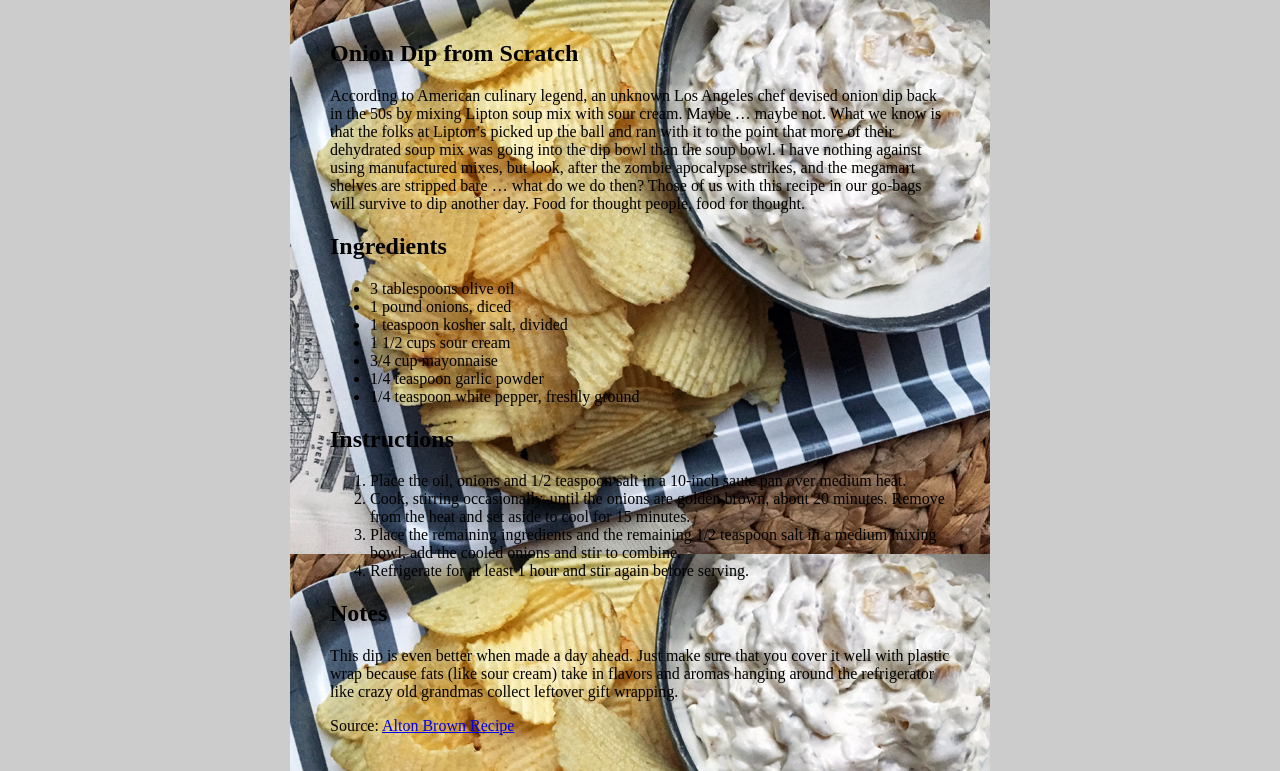
Repository: coltoncherry/mi349fs15
Page: week3/index.html
These files come from the project's save history. The page is drawn as it stood at one moment and after the next save; the edit follows.
The browser window is 1280 px wide. The pictures show the whole page.

Above is the page before, as saved 2015-09-23 01:13:45.

### week3/index.html
<!DOCTYPE HTML>
<html>
    <head>
        <meta charset="UTF-8">
        <title>French Onion Dip</title>
        <link rel="stylesheet" type="text/css" href="css/style.css" media="screen"/>
    </head>
    <body>
    	<div class="container">
    	<article class="recipe" id="ab-onion-dip">
        <h1>Onion Dip from Scratch</h1>

        <!--<p><img src="images/alton-brown-onion-dip.jpg" alt="AB Onion Dip"/></p> -->

        <p>According to American culinary legend, an unknown Los Angeles chef devised onion dip back in the 50s by mixing Lipton soup mix with sour cream.  Maybe … maybe not. What we know is that the folks at Lipton’s picked up the ball and ran with it to the point that more of their dehydrated soup mix was going into the dip bowl than the soup bowl.  I have nothing against using manufactured mixes, but look, after the zombie apocalypse strikes, and the megamart shelves are stripped bare … what do we do then?  Those of us with this recipe in our go-bags will survive to dip another day.  Food for thought people, food for thought.</p>

    <h2>Ingredients</h2>
    <ul>
    	<li>3 tablespoons olive oil</li>
    	<li>1 pound onions, diced</li>
    	<li>1 teaspoon kosher salt, divided</li>
    	<li>1 1/2 cups sour cream</li>
    	<li>3/4 cup mayonnaise</li>
		<li>1/4 teaspoon garlic powder</li>
		<li>1/4 teaspoon white pepper, freshly ground</li>
	</ul>


	<h2>Instructions</h2>

	<ol>
		<li>Place the oil, onions and 1/2 teaspoon salt in a 10-inch saute pan over medium heat.</li>
		<li>Cook, stirring occasionally, until the onions are golden brown, about 20 minutes. Remove from the heat and set aside to cool for 15 minutes.</li>
		<li>Place the remaining ingredients and the remaining 1/2 teaspoon salt in a medium mixing bowl, add the cooled onions and stir to combine.</li>
		<li>Refrigerate for at least 1 hour and stir again before serving.</li>
	</ol>

	<h2>Notes</h2>

	<p>This dip is even better when made a day ahead. Just make sure that you cover it well with plastic wrap because fats (like sour cream) take in flavors and aromas hanging around the refrigerator like crazy old grandmas collect leftover gift wrapping.</p>

	<p>Source: <a href="http://altonbrown.com/onion-dip-recipe-from-scratch/">Alton Brown Recipe</a></p>
    	</article>
    	</div>
        </body>
</html>

### week3/css/style.css
body {
	background: #ccc;
	margin: 0;
}

.container{
	margin: 0 auto;
	width: 700px;
	background: #fff url(images/alton-brown-onion-dip.jpg);
}


.recipe{
	padding: 20px 40px;
}

After the next save:
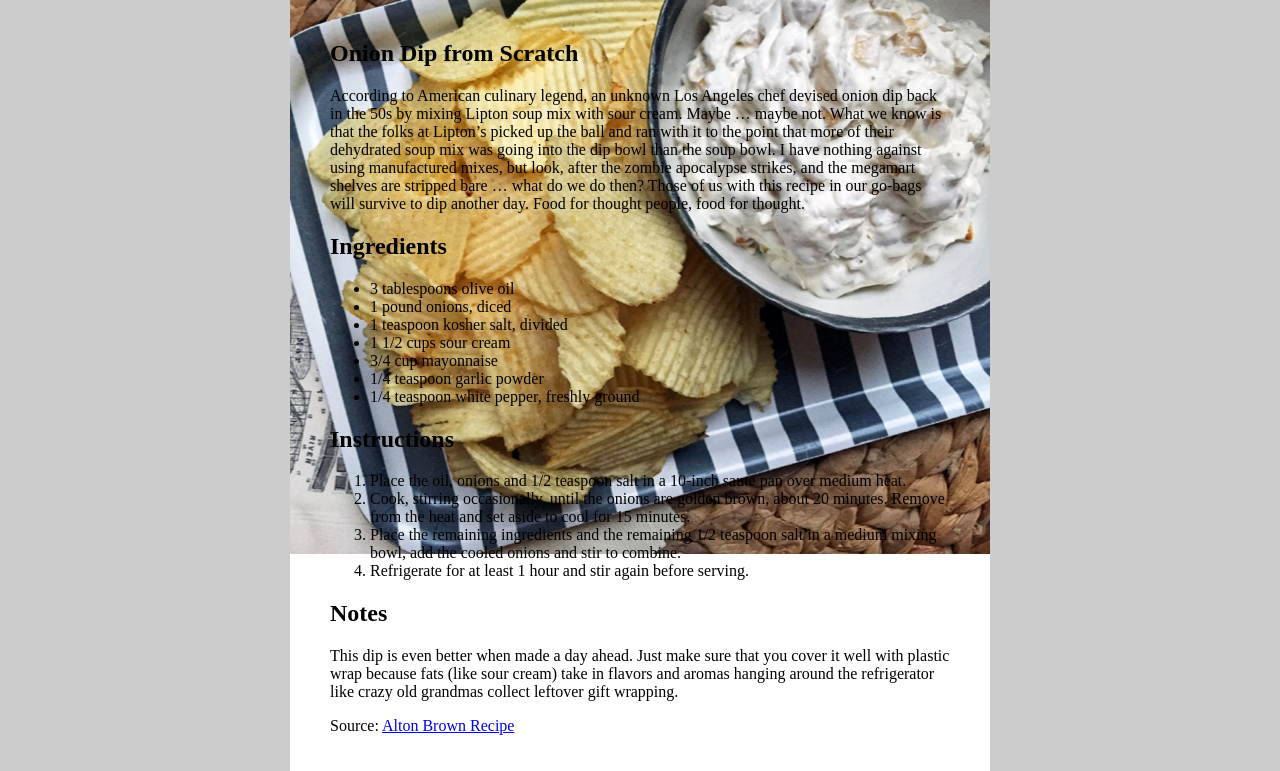
Saved 28 s later.
--- a/week3/css/style.css
+++ b/week3/css/style.css
@@ -6,7 +6,7 @@ body {
 .container{
 	margin: 0 auto;
 	width: 700px;
-	background: #fff url(images/alton-brown-onion-dip.jpg);
+	background: #fff url(images/alton-brown-onion-dip.jpg) no-repeat top center;
 }
 
 
